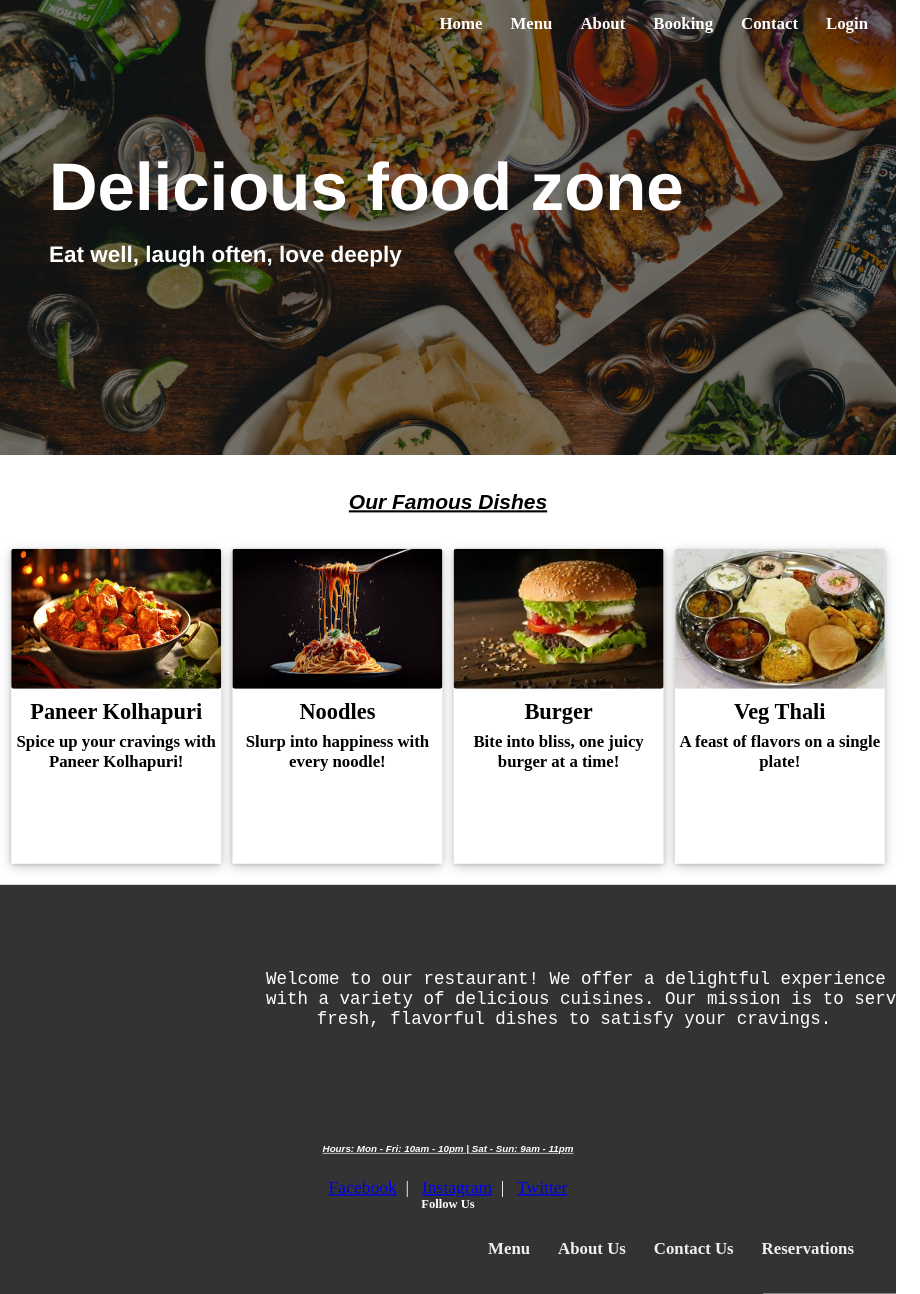
Repository: Shreya-Bonde/Restaurant-management-system
Page: index.html
The author's editor kept a copy of each file at every save. The page is drawn from the files as they stood at one save, then again after the next save.
The browser window is 1280 px wide. The page is 1314 px wide, so the pictures cover 1314 px, including what lies to the right of the window. The pictures show the whole page, at 70% of full size.

Above is the page before, as saved 2024-10-10 15:14:56.

### index.html
<!DOCTYPE html>
<html lang="en">
<head>
    <meta charset="UTF-8">
    <meta name="viewport" content="width=device-width, initial-scale=1.0">
    <title>Document</title>
    <link rel="stylesheet" href="style.css">
</head>
<body>
    <header>
        <div class="banner-container">
                <nav class="navbar">
                    <ul>
                        <li><a href="#home">Home</a></li>
                        <li><a href="#menu">Menu</a></li>
                        <li><a href="/about.html">About</a></li>
                        <li><a href="/booking.html">Booking</a></li>
                        <li><a href="/contact.html">Contact</a></li>
                        <li><a href="/login.html">Login</a></li>
                    </ul>
                </nav>
                <div class="centered-text">
                    <h1>Delicious food zone</h1>
                    <h6>Eat well, laugh often, love deeply</h6>
                </div>
         </div>
    </header>
        <p>Our Famous Dishes</p>
        <div class="Flex">
            <div class="flex-item fitem1">
                <img src="paneer kolhapuri.jpg" alt="">
                <h1>Paneer Kolhapuri</h1>
                <h2>Spice up your cravings with Paneer Kolhapuri!</h2>
            </div>
            <div class="flex-item fitem2">
                <img src="noodles1.jpg" alt="">
                <h1>Noodles</h1>
                <h2>Slurp into happiness with every noodle!</h2>
            </div>
            <div class="flex-item fitem3">
                <img src="burger.jpg" alt="">
                <h1>Burger</h1>
                <h2>Bite into bliss, one juicy burger at a time!</h2>
            </div>
            <div class="flex-item fitem4">
                <img src="veg thali.jpg" alt="">
                <h1>Veg Thali</h1>
                <h2>A feast of flavors on a single plate!</h2>
            </div>
        </div>

    <footer>
        <div>
            <div class="footer-section">
                <p>
                    <pre>
                        Welcome to our restaurant! We offer a delightful experience
                        with a variety of delicious cuisines. Our mission is to serve
                        fresh, flavorful dishes to satisfy your cravings.
                    </pre>

                </p>
                <p>Hours: Mon - Fri: 10am - 10pm | Sat - Sun: 9am - 11pm</p>


            <div class="social-media">
                <div class="sm-handle">
                    <a href="#" target="_blank" class="yt_handle"
                     rel="noopener noreferrer"> <i class="fa fa-youtube fa-lg yt_handle"></i>Facebook</a>&nbsp;&nbsp;|&nbsp;&nbsp;
                    <a href="#" target="_blank" class="linkedin_handle"
                    rel="noopener noreferrer"> <i class="fa fa-linkedin fa-lg linkedin_handle"></i>Instagram</a>&nbsp;&nbsp;|&nbsp;&nbsp;
                    <a href="#" target="_blank" class="insta_handle"
                    rel="noopener noreferrer"> <i class="fa fa-instagram fa-lg insta_handle"></i>Twitter</a>

                    <div class="footer-content social">
                        <h2>Follow Us</h2>
                        <div class="social-icons">
                          <a href="#"><i class="fab fa-facebook"></i></a>
                          <a href="#"><i class="fab fa-twitter"></i></a>
                          <a href="#"><i class="fab fa-instagram"></i></a>
                          <a href="#"><i class="fab fa-tripadvisor"></i></a>
                        </div>
                      </div>
                    </div>
                    <div class="footer-section links">
                        <nav>
                            <ul>
                                <li><a href="menu.html">Menu</a></li>
                                <li><a href="about.html">About Us</a></li>
                                <li><a href="contact.html">Contact Us</a></li>
                                <li><a href="reservations.html">Reservations</a></li>
                              </ul>
                        </nav>

                      </div>
                    <!-- <p class="footer-botton">&copy; 2024 Our Restaurant. All rights reserved.</p> -->


            </div>
        </div>
    </footer>
</body>
</html>

### style.css
* {
    box-sizing: border-box;
    margin: 0;
    padding: 0;
}
.banner-container {
    background-image: url(background1.jpg);
    background-repeat: no-repeat;
    background-size: cover;
    position: relative;
    width: 100%;
    height: 650px;
}
.navbar {
    position: absolute;
    top: 0;
    right: 0;
    padding: 20px;
}
.centered-text {
    position: absolute;
    top: 30%;
    left: 70px;
    color: white;
    line-height: 1.5;
    font-weight: bold;
    font-size: 3rem;
    font-family: 'Franklin Gothic Medium', 'Arial Narrow', Arial, sans-serif;
}
h6 {
    justify-content: center;
    margin-bottom: 20px;
}
nav ul {
    list-style-type: none;
    margin: 0;
    padding: 0;
    display: flex;
    justify-content: right;
    font-size: 1.5rem;
}
nav ul li {
    margin: 0 20px;
}
nav ul li a {
    color: white;
    text-decoration: none;
    font-weight: bold;
}
nav ul li a:hover {
    text-decoration: underline;
}
.Flex {
    width: 100%;
    display: flex;
    flex-wrap: wrap;
    box-sizing: gray;
    align-items: center;
    justify-content: space-evenly;
}
.flex-item {
    box-shadow: 0 2px 6px 0 rgba(0,0,0,0.2), 0 4px 16px 0 rgba(0,0,0,0.2);
    margin: 0;
    padding: 0;
}
.flex-item img {
 width: 100%;
 object-fit: fill;
}
.flex-item {
    margin-top: 20px;
    margin-bottom: 30px;
    display: inline-block;
    background-color: white;
    width: 300px;
    height: 450px;
    text-align: center;
}
.flex-item:hover {
    transform: scale(1.05);
}
img {
    width: 100%;
    height: 200px;
    object-fit: fill;
    border-radius: 4px;
}
p {
    text-align: center;
    font-size: 30px;
    font-weight: bold;
    font-style: oblique;
    font-family: Arial, Helvetica, sans-serif;
    padding: 50px 20px 30px;
    text-decoration: underline;
}
.flex-item h2 {
    line-height: 1.2;
}
.flex-item h1 {
    padding-top: 10px;
    padding-bottom: 10px;
}
footer {
    text-align: center;
    padding: 20px 0;
    background-color: #333;
    color: #fff;
    width: 100%;
    font-size: 25px;
}
/* footer a {
    display: block;
    float: right;
    color: white;
    text-align: center;
    text-decoration: none;
    padding: 15px 20px;
    position: sticky;
}
.footer-section {

    min-width: 250px;
    margin: 20px;
}
footer p pre {
    text-decoration: none;
    text-align: left;
    justify-content: left;
    font-size: 20px;
}
.footer-section h2 {
    font-size: 1px;
}
.footer-section ul {
    list-style: none;
    padding: 0;
}

.footer-section ul li {
    margin-bottom: 10px;
}

.footer-section ul li a {
    color: #ecf0f1;
    text-decoration: none;
}

.footer-section ul li a:hover {
    color: #f39c12;
}

.footer-content {
    padding: 10px 0;
}
.footer-content a:hover {
    text-decoration: underline;
}
.social-media {
    color: white;
    margin-top: 10px;
}
footer a {
    color: #ff6b6b;
    text-decoration: none;
    margin: 0 5px;
}
footer a:hover {
    text-decoration: underline;
} */
.footer {
    background-color: #2c3e50;
    color: #ecf0f1;
    padding: 40px 0;
    font-family: 'Arial', sans-serif;
  }

  .footer-container {
    display: flex;
    justify-content: space-around;
    flex-wrap: wrap;
    max-width: 1200px;
    margin: auto;
  }

  .footer-section {
    flex: 1;
    min-width: 250px;
    margin: 20px;
  }

  .footer-section h2 {
    font-size: 18px;
    margin-bottom: 20px;
  }

  .footer-section p {
    font-size: 14px;
    line-height: 1.6;
  }

  .footer-section ul {
    list-style: none;
    padding: 0;
  }

  .footer-section ul li {
    margin-bottom: 10px;
  }

  .footer-section ul li a {
    color: #ecf0f1;
    text-decoration: none;
  }

  .footer-section ul li a:hover {
    color: #f39c12;
  }

  .footer-section .social-icons {
    display: flex;
    justify-content: flex-start;
  }

  .footer-section .social-icons a {
    margin-right: 10px;
    font-size: 20px;
    color: #ecf0f1;
    text-decoration: none;
  }

  .footer-section .social-icons a:hover {
    color: #f39c12;
  }

  .footer-bottom {
    text-align: center;
    margin-top: 20px;
    font-size: 14px;
  }

  .footer-bottom p {
    margin: 0;
  }

After the next save:
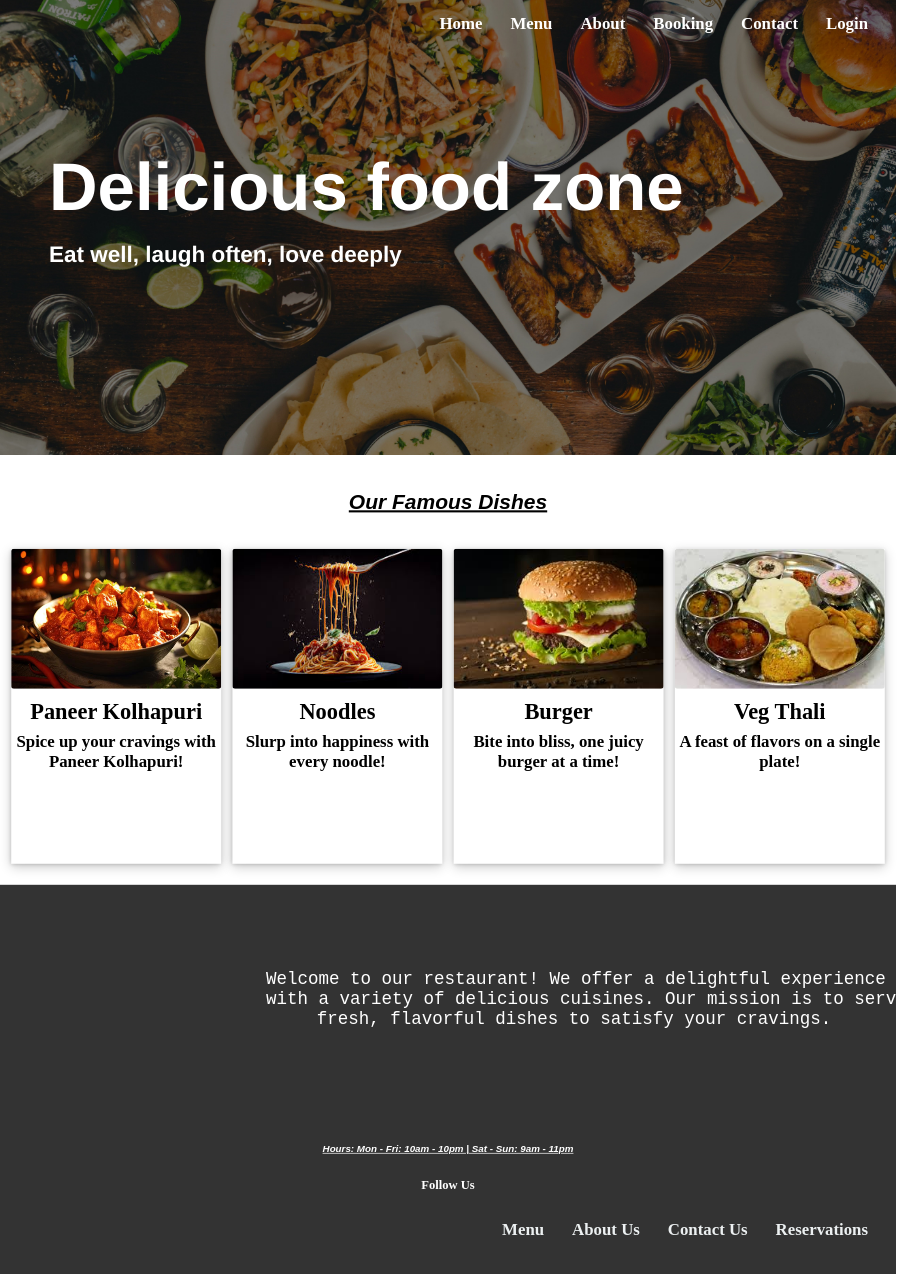
Saved 46 s later.
--- a/index.html
+++ b/index.html
@@ -63,14 +63,14 @@
                 <p>Hours: Mon - Fri: 10am - 10pm | Sat - Sun: 9am - 11pm</p>
 
 
-            <div class="social-media">
+            <!-- <div class="social-media">
                 <div class="sm-handle">
                     <a href="#" target="_blank" class="yt_handle"
                      rel="noopener noreferrer"> <i class="fa fa-youtube fa-lg yt_handle"></i>Facebook</a>&nbsp;&nbsp;|&nbsp;&nbsp;
                     <a href="#" target="_blank" class="linkedin_handle"
                     rel="noopener noreferrer"> <i class="fa fa-linkedin fa-lg linkedin_handle"></i>Instagram</a>&nbsp;&nbsp;|&nbsp;&nbsp;
                     <a href="#" target="_blank" class="insta_handle"
-                    rel="noopener noreferrer"> <i class="fa fa-instagram fa-lg insta_handle"></i>Twitter</a>
+                    rel="noopener noreferrer"> <i class="fa fa-instagram fa-lg insta_handle"></i>Twitter</a>            -->
 
                     <div class="footer-content social">
                         <h2>Follow Us</h2>
